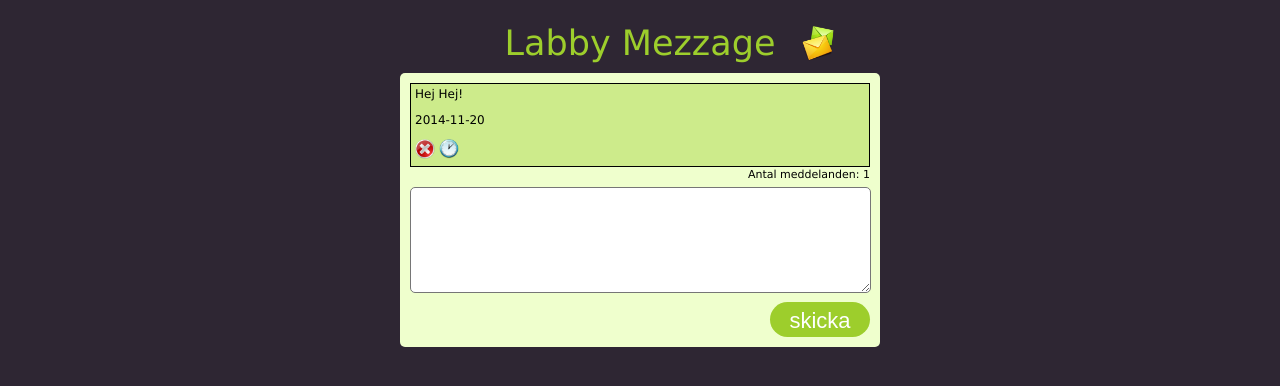
Repository: ad222kr/1dv403-laborationer
Page: 2-labbymezzage/index.html
The author's editor kept a record of every edit. The page is drawn from the files as they stood at one moment, then again after the next edit.
The browser window is 1280 px wide. The pictures show the whole page.

Above is the page before.

After the next edit:
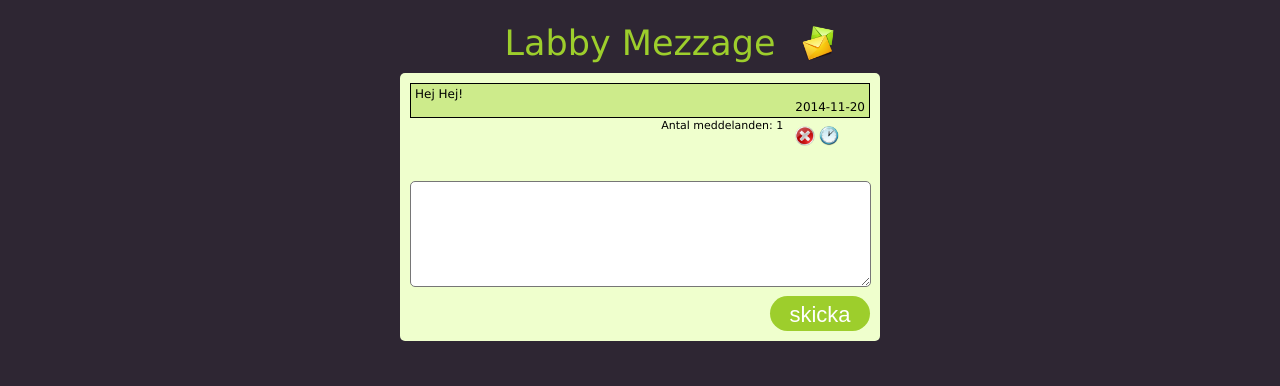
The edit:
--- a/2-labbymezzage/index.html
+++ b/2-labbymezzage/index.html
@@ -15,12 +15,13 @@
             <div id="content">
                 <div id="messages">
                     <div class="message">
+                        <div class="buttons">
+                        <p class "timestamp">2014-11-20</p>
+                        <a href="#"><img class="delete" src="img/Remove-icon.png"></a></img>
+                        <a href="#"><img class="time" src="img/clock.png"></a></img>
+                        </div>
                         <p class="msgtext">Hej Hej!</p>
-                        <div id="buttons">
-                            <p class "timestamp">2014-11-20</p>
-                            <a href="#"><img class="delete" src="img/Remove-icon.png"></a></img>
-                            <a href="#"><img class="time" src="img/clock.png"></a></img>
-                        </div>
+
 
                     </div>
                 </div>
